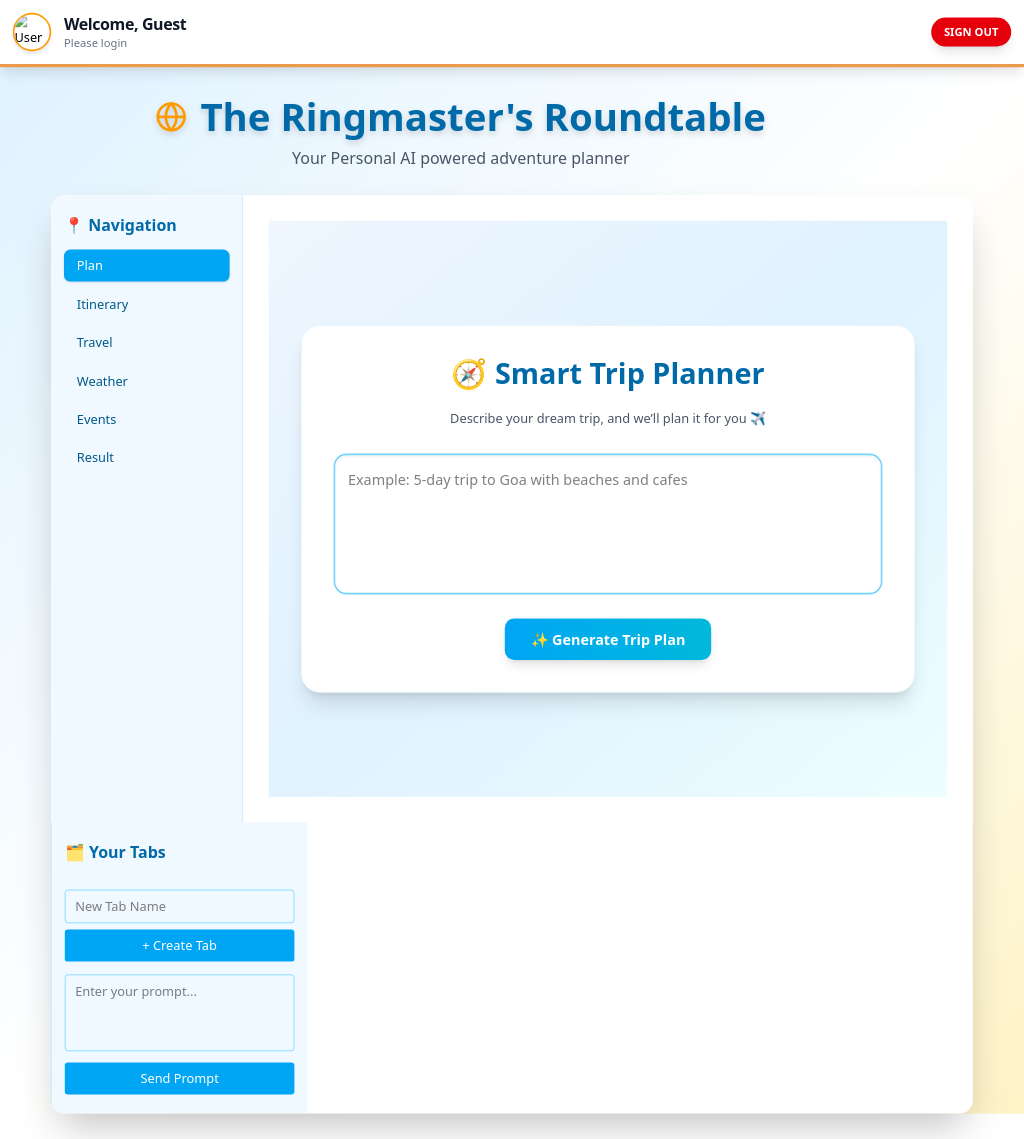
Repository: vega2006/The-Ringmaster-s-Roundtable
Page: /prompt (app in client/)
An editor plug-in stored every save of this project. The page is shown before and after the next save, followed by the edit.
The browser window is 1280 px wide. The pictures show the whole page, at 80% of full size.
The page's requests for data from a server got no answer. The project was rebuilt for these pictures with package versions that can differ from the ones it lists, and the page was loaded fresh each time. No one was signed in, and anything a server would have sent is missing. Also part of the build but not shown: client/vite.config.js, client/src/components/GoogleLogin.jsx, client/src/components/NotFound.jsx, client/src/components/Sidebar.jsx, client/src/components/PlanInput.jsx, client/src/components/WeatherContent.jsx, client/src/components/TravelContent.jsx, client/src/components/ItineraryContent.jsx and 8 more.

Above is the page before, as saved 2025-10-09 17:14:04.

After the next save:
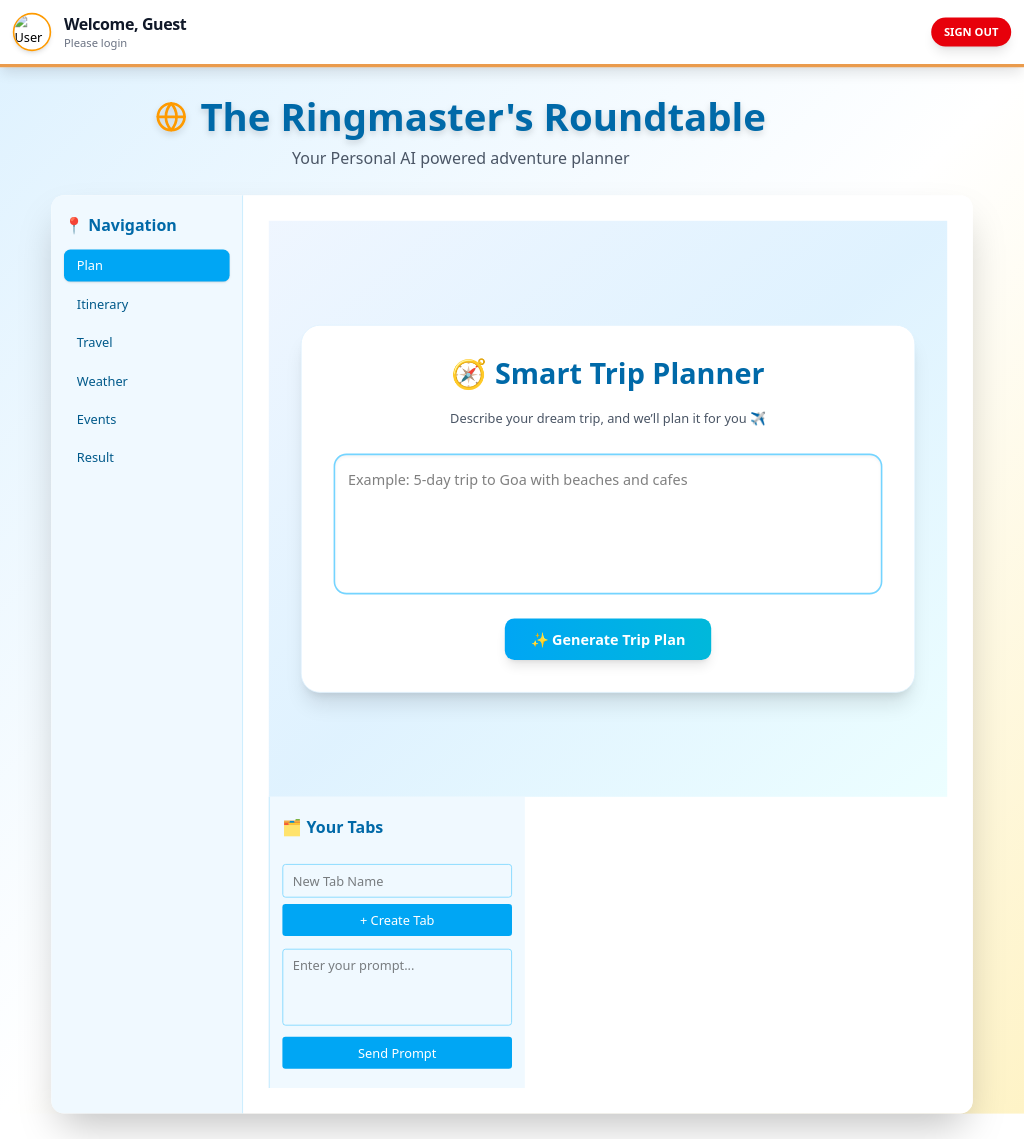
Saved 49 s later.
--- a/client/src/pages/AIDashboard.jsx
+++ b/client/src/pages/AIDashboard.jsx
@@ -67,8 +67,9 @@ const AIDashboard = () => {
 
             <MainContent>
                             <AIContentRouter />
+                             <RightSidebar/>
                        </MainContent>
-                       <RightSidebar/>
+
 
           </div>
         </div>
